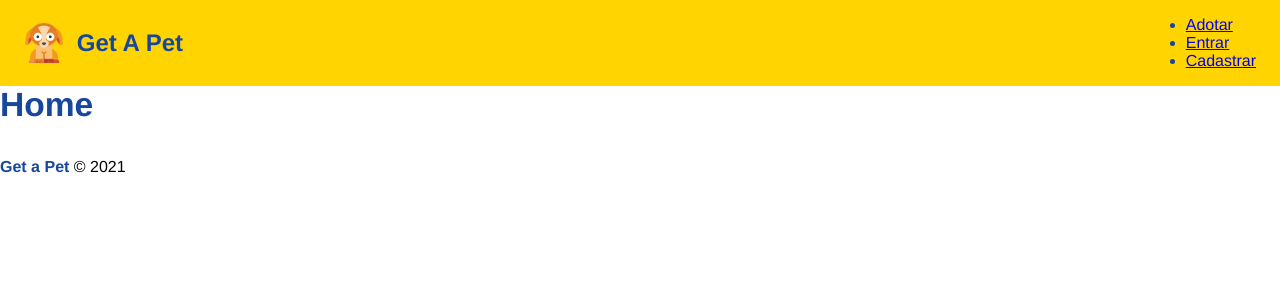
Repository: daviresende03/Get_a_Pet
Page: / (app in frontend/)
These files come from the project's save history. The page is drawn as it stood at one moment and after the next save; the edit follows.
The browser window is 1280 px wide. The pictures show the whole page.
The project was rebuilt for these pictures with package versions that can differ from the ones it lists, and the page was loaded fresh each time. Also part of the build but not shown: frontend/src/components/pages/Auth/Login.js, frontend/src/components/pages/Auth/Register.js.

Above is the page before, as saved 2023-02-17 23:21:18.

### frontend/src/index.css
* {
  padding: 0;
  margin: 0;
  font-family: Helvetica;
  box-sizing: border-box;
}

h1 {
  color: #16479d;
  margin-bottom: 1em;
  font-size: 2.1em;
}

.bold {
  font-weight: bold;
  color: #16479d;
}

### frontend/src/App.js
import { BrowserRouter as Router, Routes, Route,Navigate } from 'react-router-dom'

// components
import Navbar from './components/layout/Navbar';
import Footer from './components/layout/Footer';

// pages
import Home from './components/pages/Home';
import Login from './components/pages/Auth/Login'
import Register from './components/pages/Auth/Register'

function App() {
  return (
    <Router>
      <Navbar/>
      <Routes>
        <Route path="/login" exact element={<Login />} />
        <Route path="/register" exact element={<Register/>} />
        <Route path="/" exact element={<Home />} />
        {/*<Route path="/teste" exact element={<Navigate to="/testando"/>} />*/}
      </Routes>
      <Footer/>
  </Router>
  );
}

export default App;

### frontend/src/components/layout/Navbar.js
import { Link } from "react-router-dom"
import Logo from '../../assets/img/logo.png'

import styles from './Navbar.module.css'

function Navbar() {
    return (
        <nav className={styles.navbar}>
            <div className={styles.navbar_logo}>
                <img src={Logo} alt="Get A Pet" />
                <h2>Get A Pet</h2>
            </div>
            <ul>
                <li>
                    <Link to="/">Adotar</Link>
                </li>
                <li>
                    <Link to="/login">Entrar</Link>
                </li>
                <li>
                    <Link to="/register">Cadastrar</Link>
                </li>
            </ul>
        </nav>
    )
}

export default Navbar

### frontend/src/components/layout/Footer.js
function Footer() {
    return (
        <footer>
            <p><span className="bold">Get a Pet</span> &copy; 2021</p>
        </footer>
    )
}

export default Footer

### frontend/src/components/pages/Home.js
function Home() {
    return (
        <section>
            <h1>Home</h1>
        </section>
    )
}

export default Home

### frontend/src/components/layout/Navbar.module.css
.navbar {
    display: flex;
    justify-content: space-between;
    padding: 1em 1.5em;
    background-color: #FFD400;
    color: #16479D;
}

.navbar_logo {
    display: flex;
    align-items: center;
}

.navbar_logo img {
    width: 40px;
    margin-right: .8em;
}

Loaded but not shown: frontend/src/index.js (common file)

After the next save:
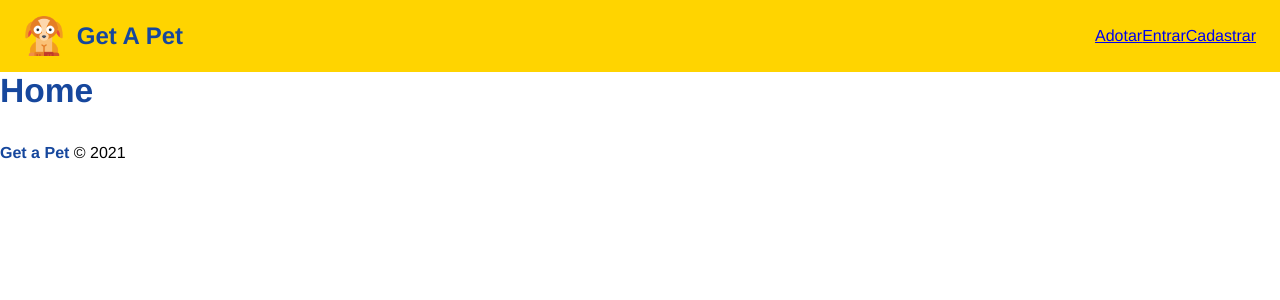
Saved 52 s later.
--- a/frontend/src/components/layout/Navbar.module.css
+++ b/frontend/src/components/layout/Navbar.module.css
@@ -15,3 +15,9 @@
     width: 40px;
     margin-right: .8em;
 }
+
+.navbar ul {
+    display: flex;
+    align-items: center;
+    list-style: none;
+}
